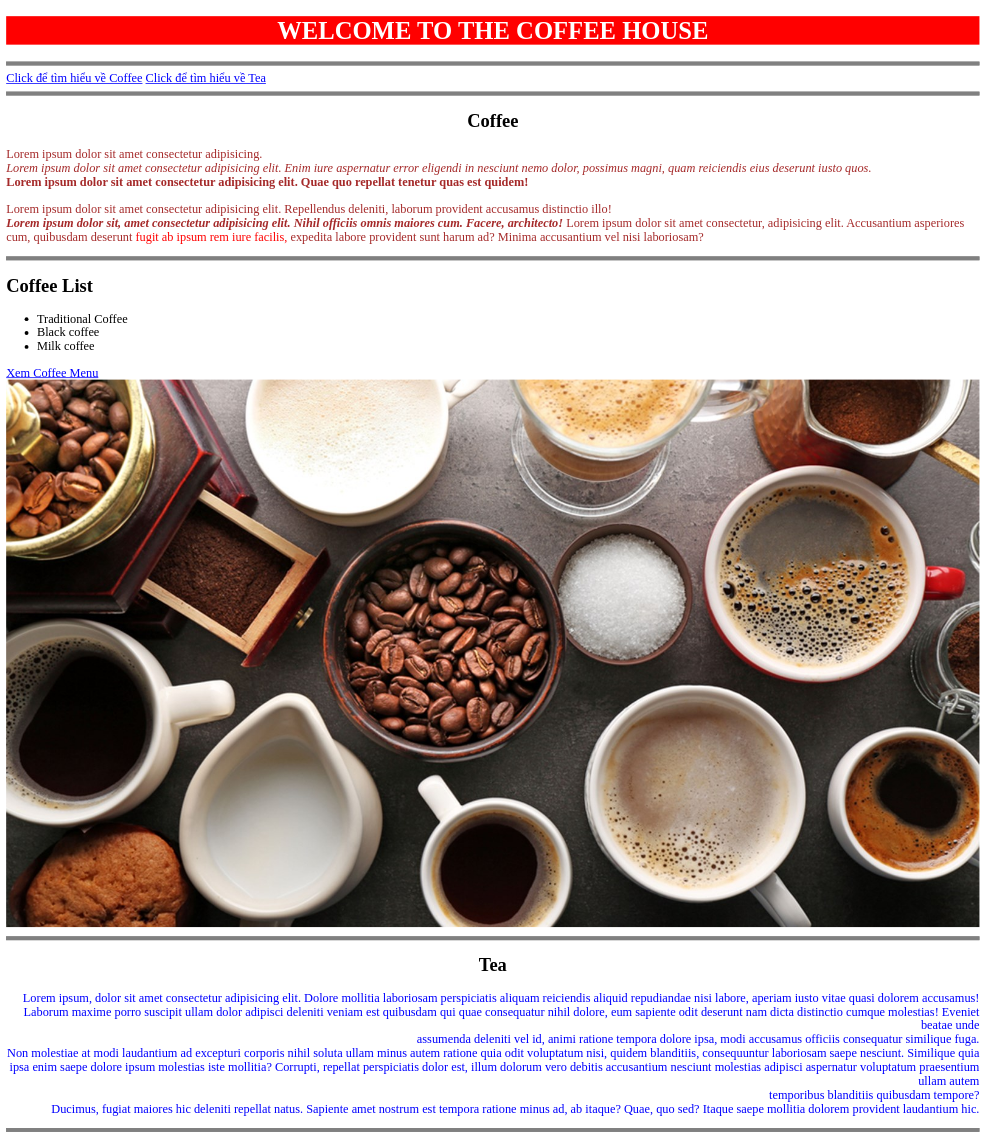
Repository: giahuy405/HomeWork_Coffee
Page: index.html
The author's editor kept a copy of each file at every save. The page is drawn from the files as they stood at one save, then again after the next save.
The browser window is 1280 px wide. The pictures show the whole page, at 77% of full size.

Above is the page before, as saved 2022-09-07 01:24:16.

After the next save:
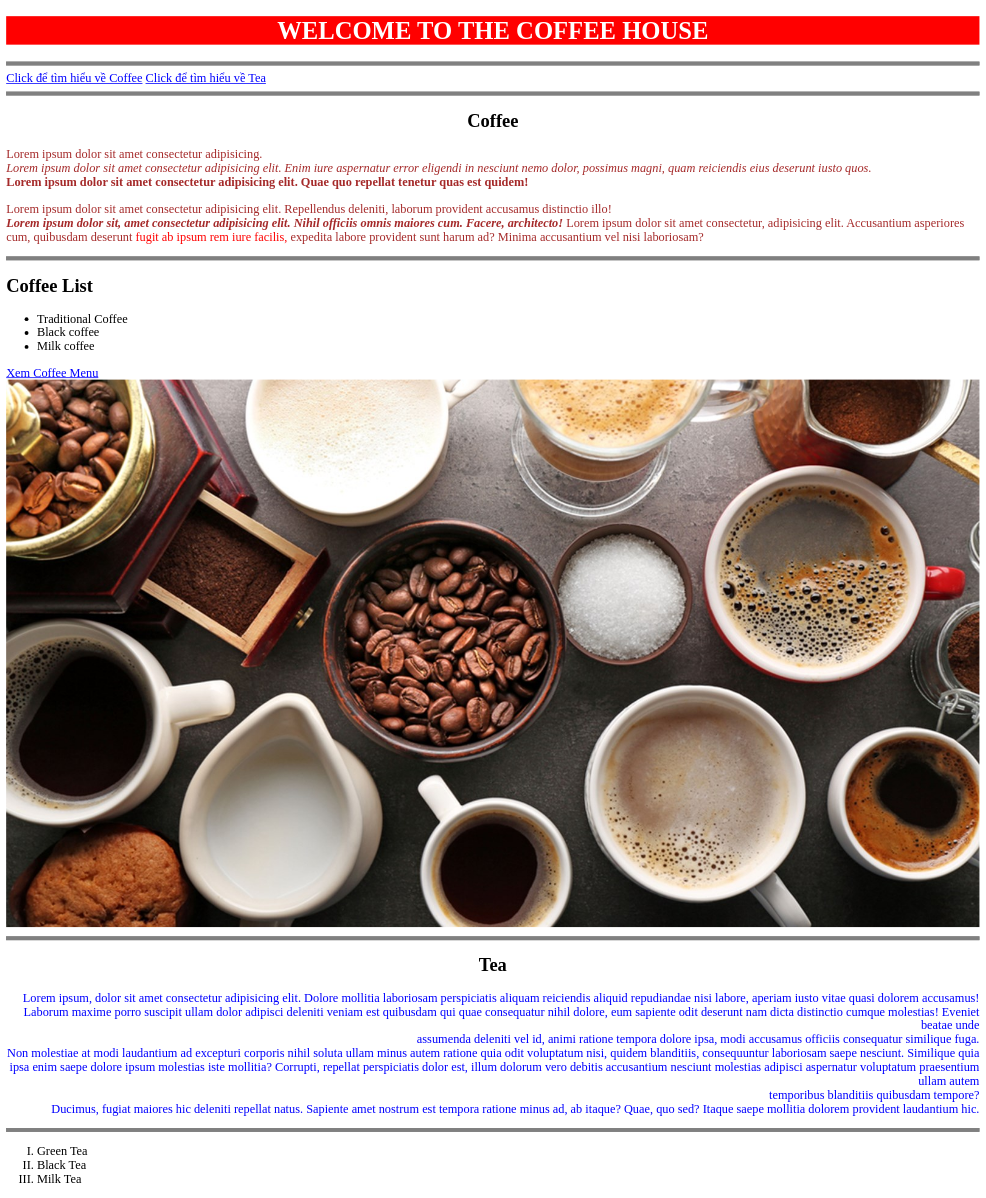
Saved 70 s later.
--- a/index.html
+++ b/index.html
@@ -57,5 +57,13 @@ Ducimus, fugiat maiores hic deleniti repellat natus. Sapiente amet nostrum est t
     </p>
     <hr size="5px" noshade>
     </div>
+
+    <div class="tea-list">
+        <ol type="I">
+            <li>Green Tea</li>
+            <li>Black Tea</li>
+            <li>Milk Tea</li>
+        </ol>
+    </div>
 </body>
 </html>
